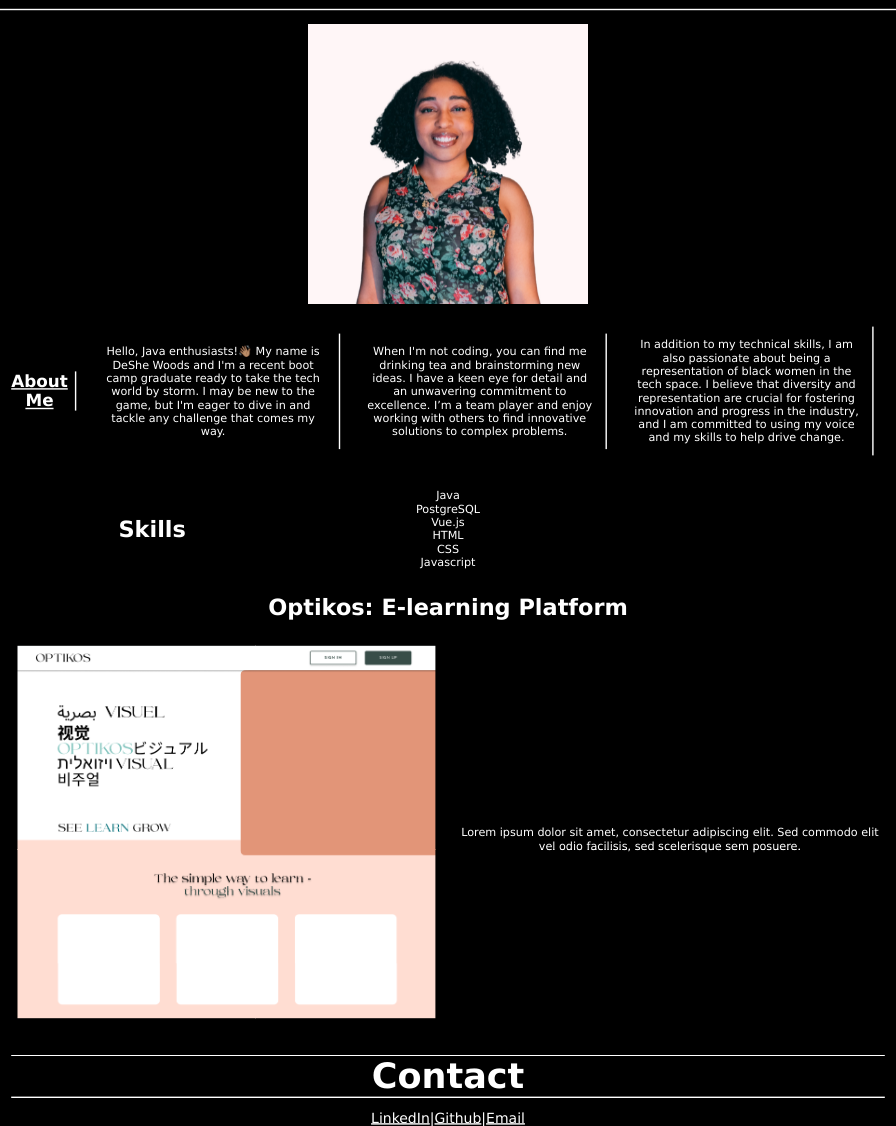
Repository: woodsdeshe/portfolio
Page: index.html
An editor plug-in stored every save of this project. The page is shown before and after a run of saves, followed by the edit.
The browser window is 1280 px wide. The pictures show the part of the page from y = 801 to 2721 px (the page is 2410 px tall before and 2721 px after), at 70% of full size.
A picture or video elsewhere on the page could not be fetched, so the positions and the page height are approximate. Some web fonts or font styles are not loaded; a fallback is used.

Above is the page before, as saved 2023-06-11 12:09:25.

After the next 2 saves:
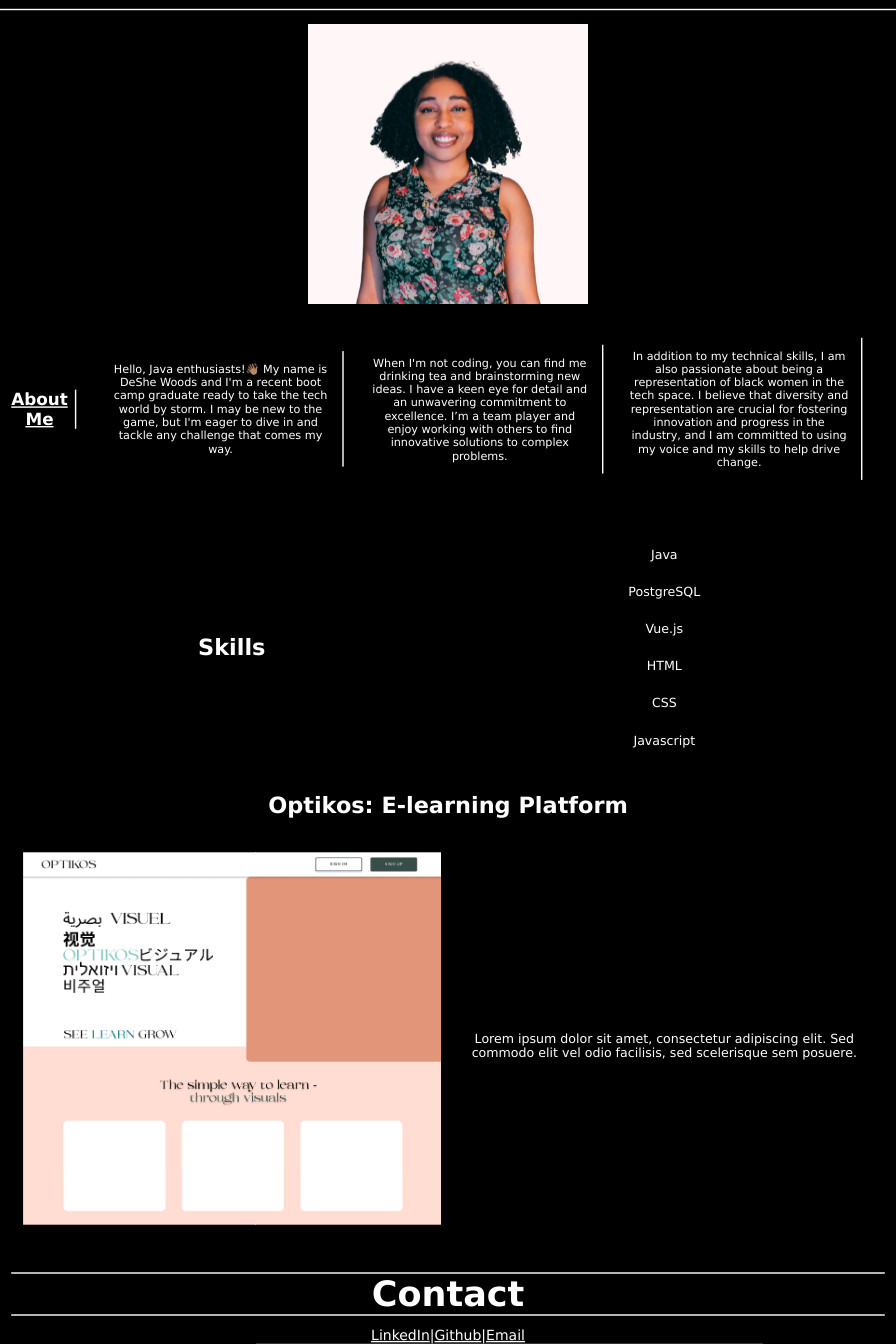
The 2 saves are shown as one change because they came seconds apart.
The last was saved 18 s later.
--- a/style.css
+++ b/style.css
@@ -141,35 +141,48 @@ footer a {
 
       .about-me-content {
         display: grid;
-        grid-template-columns: repeat(3, 1fr);
+        grid-template-columns: repeat(auto-fit, minmax(250px, 1fr));
         grid-gap: 20px;
         justify-items: center;
         align-items: center;
-        padding: 1rem;
+        padding: 2rem;
         text-align: center;
       }
 
       .skills-content {
         display: grid;
-        grid-template-columns: repeat(3, 1fr);
+        grid-template-columns: repeat(auto-fit, minmax(200px, 1fr));
         grid-gap: 20px;
         justify-items: center;
         align-items: center;
-        padding: 1rem;
+        padding: 2rem;
         text-align: center;
       }
 
       .optikos-content {
         display: grid;
-        grid-template-columns: repeat(2, 1fr);
+        grid-template-columns: 1fr 1fr;
         grid-gap: 20px;
         justify-items: center;
         align-items: center;
         text-align: center;
-        padding: 1rem;
+        padding: 2rem;
       }
 
       .optikos img {
         max-width: 100%;
         height: auto;
       }
+
+      .skills-content h1,
+      .optikos h1 {
+        margin: 0;
+        padding: 1rem;
+      }
+
+      .skills-content p,
+      .optikos p {
+        margin: 0;
+        padding: 1rem;
+        font-size: 18px;
+      }
